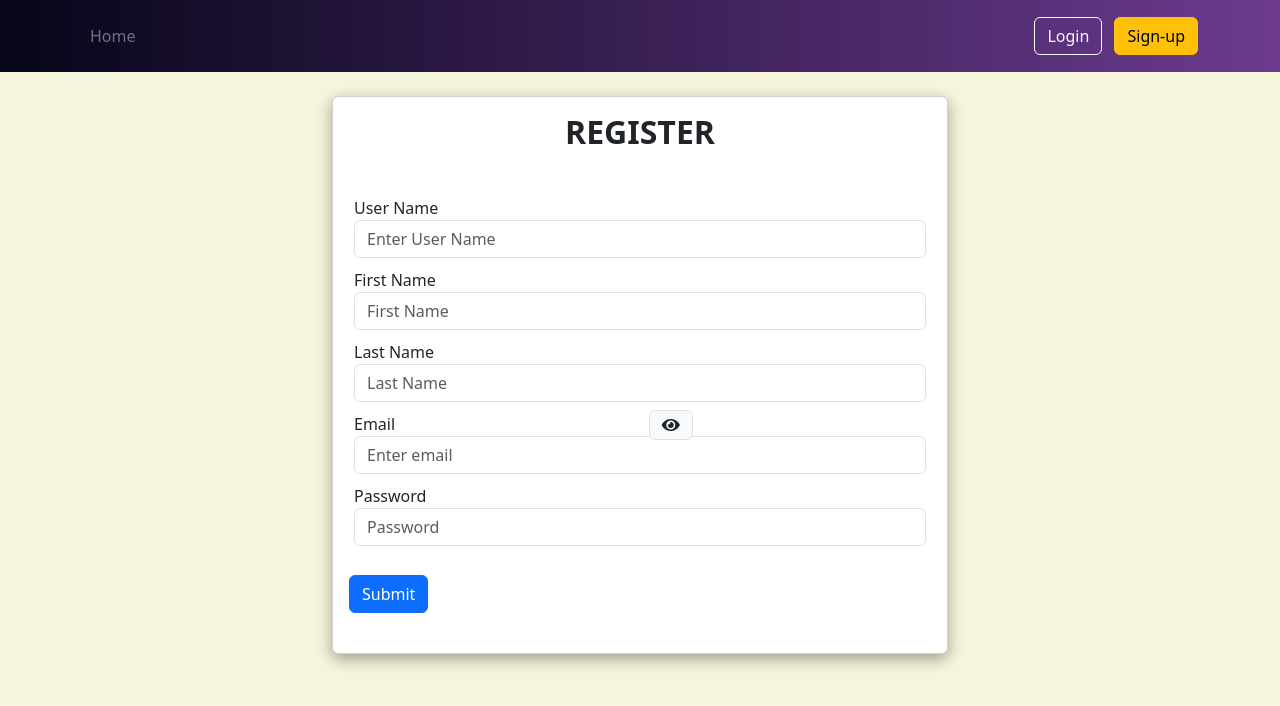
Repository: professorsourabh/php_membership
Page: http://localhost/assignment/
These files come from the project's save history. The page is drawn as it stood at one moment and after the next save; the edit follows.
The browser window is 1280 px wide. The pictures show the whole page.
Some web libraries are served in a nearby version. The page is run by PHP 8.4 with error messages shown; the project is at /var/www/html/.

Above is the page before, as saved 2023-07-09 15:32:00.

After the next save:
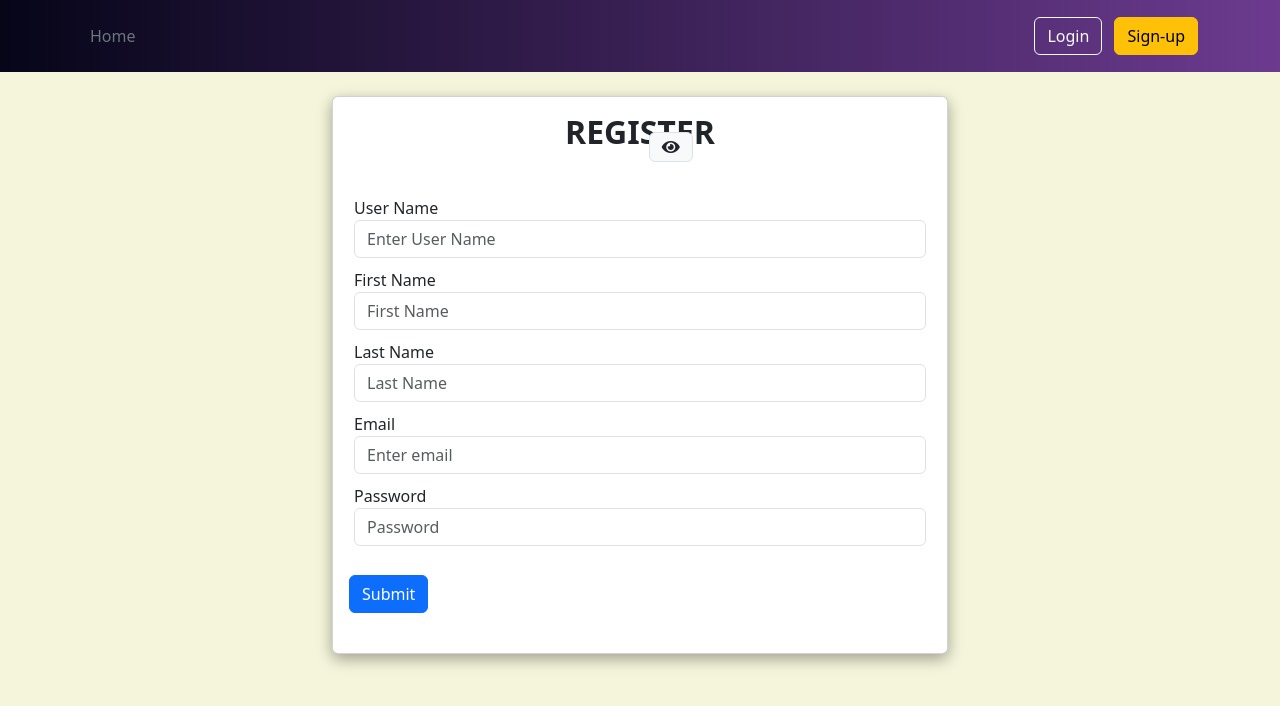
Saved 104 s later.
--- a/index.css
+++ b/index.css
@@ -32,7 +32,7 @@ div.form-group{
     margin-top: 0.5rem; */
 
     position: absolute;
-    top: 59%;
+    top: 9%;
     left: 55%;
     transform: translate(-50%, -50%);
 }
